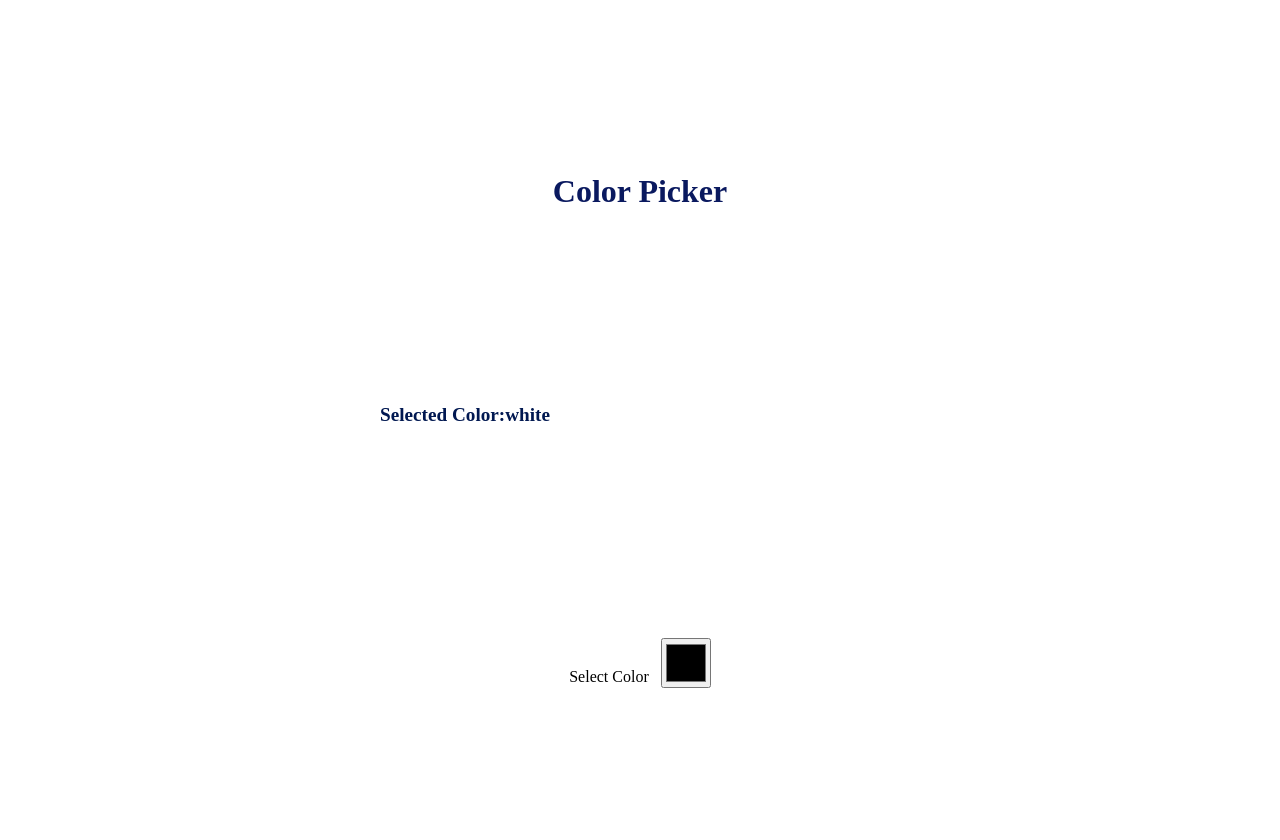
Repository: rkrukshan/Color-Picker--React-
Page: /
An editor plug-in stored every save of this project. The page is shown before and after the next save, followed by the edit.
The browser window is 1280 px wide. The pictures show the whole page.
The project was rebuilt for these pictures with package versions that can differ from the ones it lists, and the page was loaded fresh each time. Also part of the build but not shown: vite.config.js.

Above is the page before, as saved 2024-07-21 18:33:48.

### src/App.jsx
import ColorPicker from "./ColorPicker"

function App() {

  return (
    <>
    <ColorPicker/>
    </>
  )

}

export default App

### src/index.css
.cp-container {
  text-align: center;
  padding: 9em;
}
.heading {
  color: rgb(10, 25, 95);
}
.color-pad {
  margin-top: 5em;
  margin-left: 11.75em;
  margin-bottom: 5em;
  height: 250px;
  width: 250px;
  text-align: center;
  border-radius:15px;
  display: flex;
  justify-content: center;
  align-items: center;
}
.selectedlabel
{
  font-size: larger;
  font-weight: bolder;
  color:rgb(1, 24, 81);
}
.colorpicker{
  width: 50px;
  height: 50px;
}

### src/ColorPicker.jsx
import { useState } from "react";

function ColorPicker() {
  const [color, setColor] = useState("white");

  function updateColor(event) {
    setColor(event.target.value);
  }
  return (
    <div className="cp-container">
      <h1 className="heading">Color Picker</h1>
      <div className="color-pad" style={{ backgroundColor: color }}>
        <label htmlFor="cp" className="selectedlabel">Selected Color:{color}</label>
      </div>
      <br />
      <label htmlFor="scp" className="selectlabel">
        Select Color
      </label>
      &nbsp;&nbsp;&nbsp;
      <input type="color" value={color} onChange={updateColor} className="colorpicker"/>
    </div>
  );
}
export default ColorPicker;

Loaded but not shown: index.html (common file); src/main.jsx (common file)

After the next save:
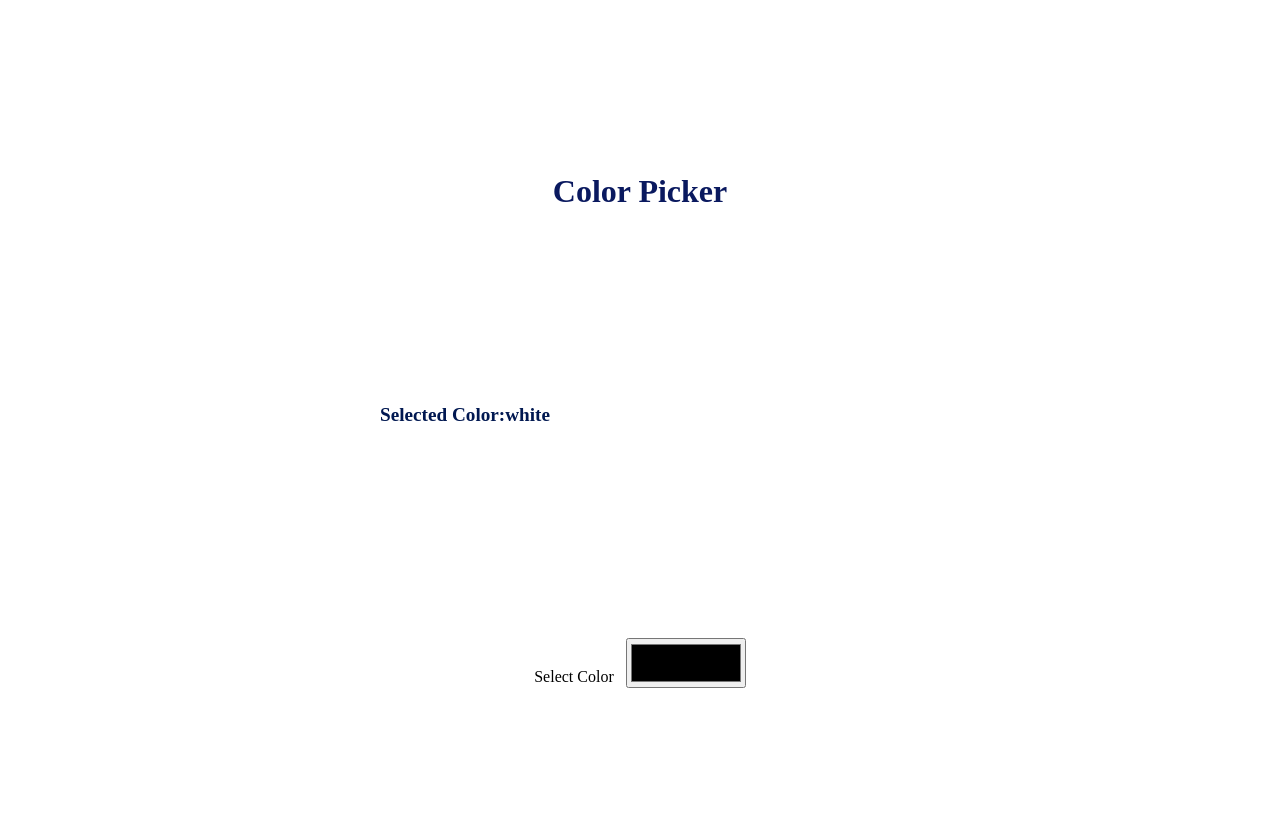
Saved 15 s later.
--- a/src/index.css
+++ b/src/index.css
@@ -24,6 +24,6 @@
   color:rgb(1, 24, 81);
 }
 .colorpicker{
-  width: 50px;
+  width: 9em;
   height: 50px;
 }
